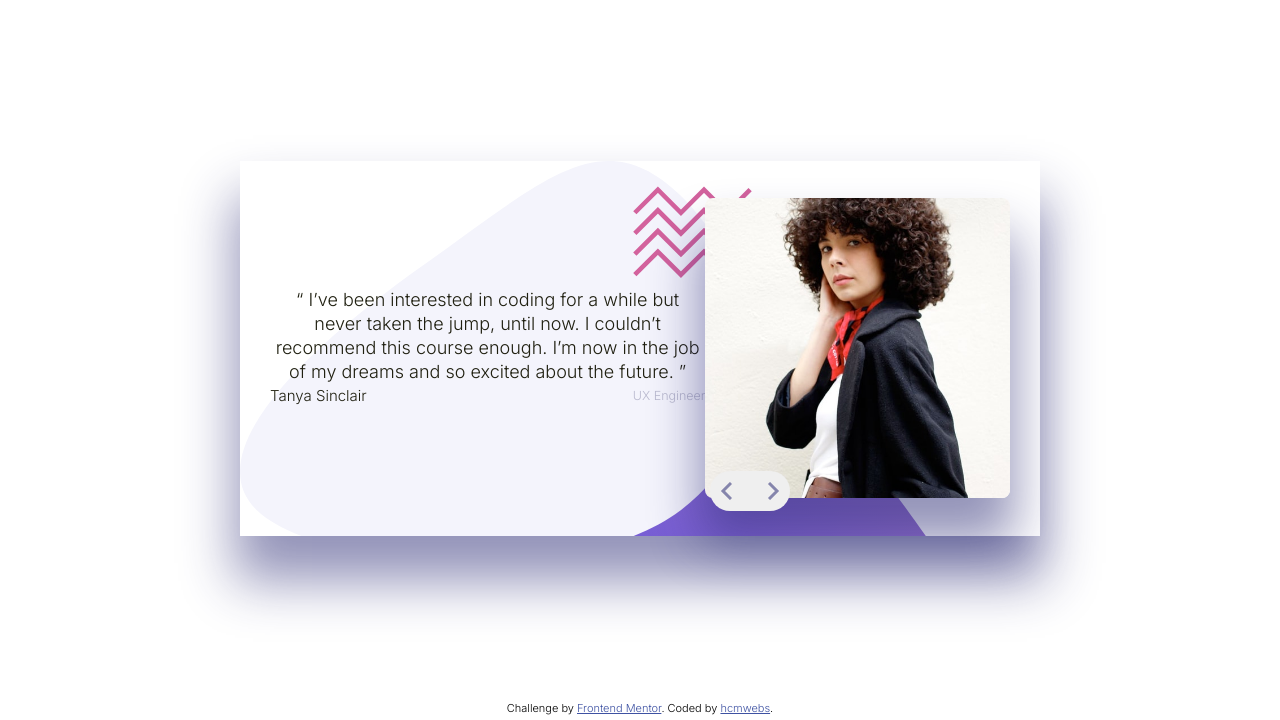
Repository: Hcmwebs/Coding-Bootcamp-Testimonials
Page: index.html
The author's editor kept a copy of each file at every save. The page is drawn from the files as they stood at one save, then again after the next save.
The browser window is 1280 px wide. The pictures show the whole page.
The style sheet was rebuilt from its Sass, Less or Tailwind sources for each picture, by a compiler version that may differ from the author's.

Above is the page before, as saved 2020-10-31 07:48:18.

### index.html
<!DOCTYPE html>
<html lang="en">
  <head>
    <meta charset="UTF-8" />
    <meta name="viewport" content="width=device-width, initial-scale=1.0" />
    <!-- displays site properly based on user's device -->

    <link
      rel="icon"
      type="image/png"
      sizes="32x32"
      href="./images/favicon-32x32.png"
    />
    <link rel="stylesheet" href="css/main.css" />
    <title>Frontend Mentor | Coding Bootcamp Testimonials Slider</title>

    <style></style>
  </head>
  <body>
    <div class="container">
      <div class="card" id="cardOne">
        <div class="card__header">
          <img
            src="images/image-tanya.jpg"
            alt="Profile Tanya"
            id="profileTanya"
            class="card__header--profileImg"
          />
        </div>

        <button id="btnPrimary">
          <img src="images/icon-prev.svg" alt="icon-prev" />
          <img src="images/icon-next.svg" alt="icon-next" />
        </button>

        <div class="card__body">
          <h2>
            “ I’ve been interested in coding for a while but never taken the
            jump, until now. I couldn’t recommend this course enough. I’m now in
            the job of my dreams and so excited about the future. ”
          </h2>
          <div class="card__body--captionTxt">
            <p>Tanya Sinclair</p>
            <small>UX Engineer </small>
          </div>
        </div>
      </div>

      <!-- <div class="card cardTwo" id="cardTwo">
        <div class="card__header">
          <img
            src="images/image-john.jpg"
            alt="Profile John"
            id="profileJohn"
            class="card__header--profileImg"
          />
        </div>

        <button id="btnSecondary">
          <img src="images/icon-prev.svg" alt="icon-prev" />
          <img src="images/icon-next.svg" alt="icon-next" />
        </button>

        <div class="card__body">
          <h2>
            “ If you want to lay the best foundation possible I’d recommend
            taking this course. The depth the instructors go into is incredible.
            I now feel soconfident about starting up as a professional
            developer. ”
          </h2>
          <div class="card__body--captionTxt">
            <p>John Tarkpor</p>
            <small>Junior Front-end Developer</small>
          </div>
        </div>
      </div> -->
    </div>

    <div class="attribution">
      Challenge by
      <a href="https://www.frontendmentor.io?ref=challenge" target="_blank"
        >Frontend Mentor</a
      >. Coded by
      <a href="https://github.com/Hcmwebs" target="_blank">hcmwebs</a>.
    </div>
    <script src="main.js"></script>
  </body>
</html>

### main.js
const card = document.querySelectorAll('.card');
// const cardTwo = document.getElementById('cardTwo');
const container = document.querySelector('.container')
let active = false;
const btn= document.querySelectorAll('button');


for(let i = 0; i < card.length; i++ ){
btn[i].addEventListener('click', activate);
// btnSecondary.addEventListener('click', activate);
  function activate(){

    if(!active){
      card[i].classList.add('active');
      active = true;
    }
    else{
      card[i].classList.remove('active');
      active = false;
    }
  }
}

### scss/main.scss
@import url('https://fonts.googleapis.com/css2?family=Inter:wght@300;400&display=swap');

$font-stack:'Inter',
sans-serif;
$primaryColor : rgba(32, 32, 17, 1.0);
$secondaryColor : rgba(185, 185, 206, 1.0);
$boxShadowColor:rgba(36, 36, 113, 0.49);




@mixin gridCenter{
  display: grid;
  place-items: center;
}

@mixin flexCenter {
  display: flex;
  justify-content: center;
  align-items: center;

}

@mixin flexSpaceBetween {
  @include flexCenter;
  justify-content: space-between;
}


*{
  margin: 0;
  padding: 0;
  box-sizing: border-box;

}
body{
  font-family: $font-stack;
  font-size: 10px;
  font-weight: 300;
  height: 100vh;
  width: 100%;
  line-height: 24px;
  @include flexCenter;
  flex-direction: column;
}

.container{
  width: 100%;
  max-width: 375px;
  height: 100vh;
  @include flexCenter;
  grid-template-columns: 1fr;
  background-color: #fff;
  position: relative;
}
  .card{
  width: 375px;
  height: 667px;
  padding: 30px;
  @include flexSpaceBetween;
  flex-direction: column;
  background-image: url(/images/pattern-bg.svg);
  background-position: top center;
  background-size:contain;
  background-repeat: no-repeat;
  box-shadow: 0 40px 50px 5px $boxShadowColor;
  position: absolute;
  transition: all 0.85s ease-in-out;

  &__header{
    width: 315px;
    height: 300px;


    &--profileImg{
      width: 100%;
      height: 100%;
      object-fit: cover;
      border-radius: 0.5rem;
      box-shadow: 0 40px 50px 5px $boxShadowColor;
    }

  }

  button {
    width: 80px;
    height: 40px;
    padding: 10px;
    border-radius: 28px;
    border: none;
    @include flexSpaceBetween;
    position:absolute;
    top:310px
  }



  &__body{
    width: 100%;
    margin:50px 0;
    @include flexCenter;
    flex-direction: column;


    h2{
      font-size: 18px;
      font-weight: 300;
      text-align: center;
      color:$primaryColor;
    }

    &--captionTxt{
      width: 100%;
      text-align: left;
      font-size: 15px;
      font-weight: 300;
      @include flexSpaceBetween;
      flex-direction: column;


      p{
        color: $primaryColor;

      }

      small{
        color: $secondaryColor;

      }

    }

  }
}

// .card-two{
//   transform: translateX(2000px);
// }
// .card.active .cardTwo{
//   transform: translateX(0);
// }



.attribution {
  font-size: 11px;
  text-align: center;
}

.attribution a {
  color: hsl(228, 45%, 44%);
}

@media(min-width:768px){
  .container{
    max-width: 1440px;

  }
  .card{
    height: 375px;
    width: 800px;
    flex-direction: row-reverse;
    background-size: cover;

    &__header{
      width: 350px;
    }

    &__body{
      width: 500px;
      margin: 20px 0;


      &--captionTxt{
      flex-direction: row;
      }

    }

  }


  button{
    right:250px
  }

}

After the next save:
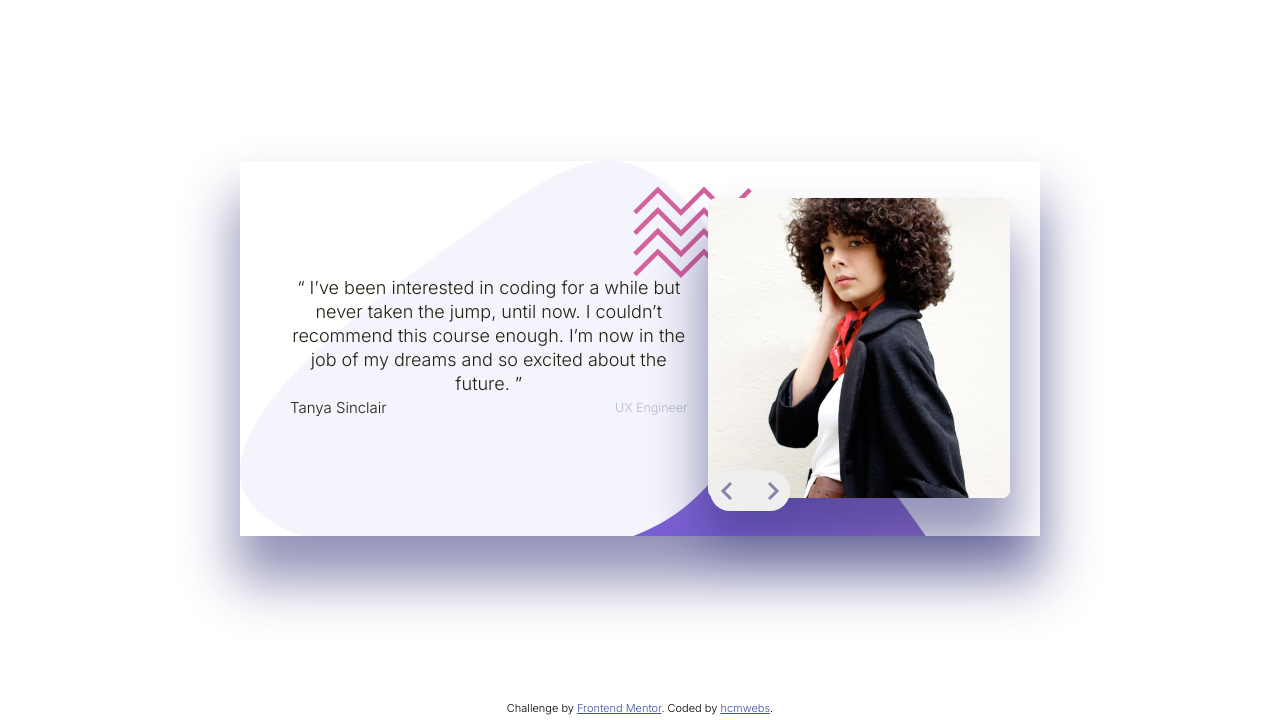
Saved 2 min 12 s later.
--- a/scss/main.scss
+++ b/scss/main.scss
@@ -168,7 +168,7 @@ body{
 
     &__body{
       width: 500px;
-      margin: 20px 0;
+      padding: 20px;
 
 
       &--captionTxt{
